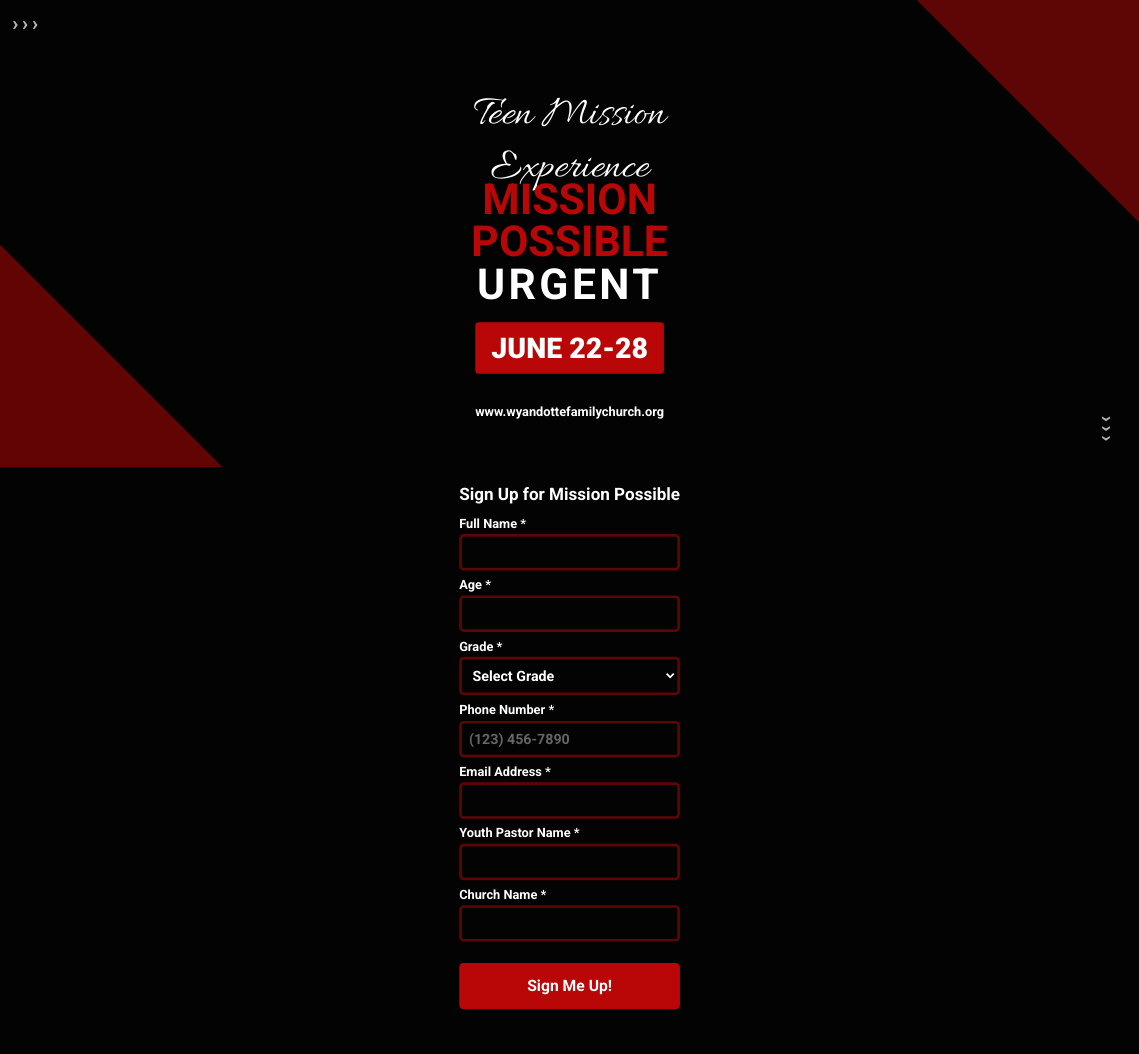
Repository: Aworminator/Wyandotte-Family-Love-Week
Page: index.html
These files come from the project's save history. The page is drawn as it stood at one moment and after the next save; the edit follows.
The browser window is 1280 px wide. The pictures show the whole page, at 89% of full size.

Above is the page before, as saved 2025-11-01 09:54:28.

After the next save:
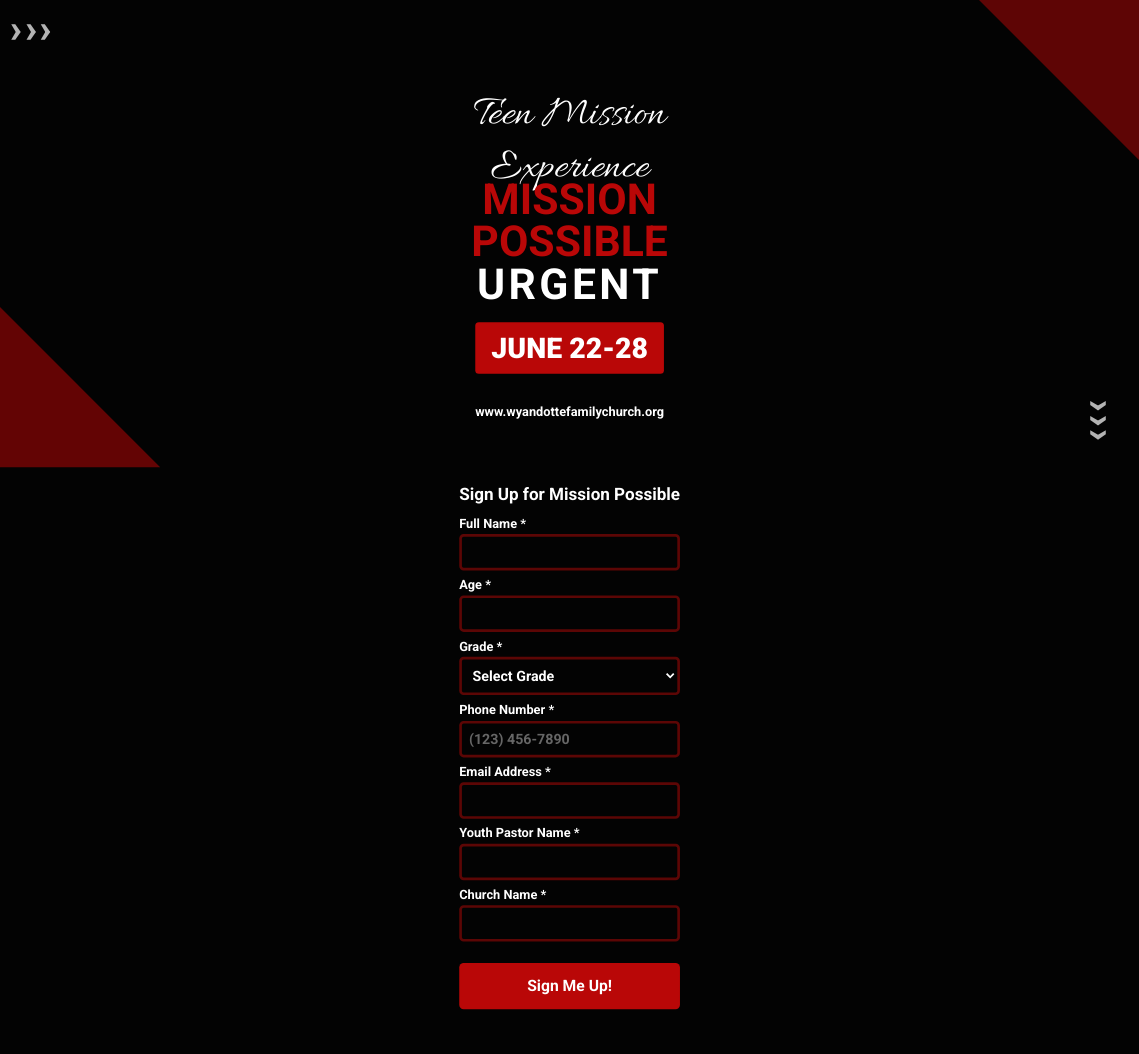
Saved 3 min 22 s later.
--- a/style.css
+++ b/style.css
@@ -33,8 +33,8 @@
   left: 0;
   width: 0;
   height: 0;
-  border-bottom: clamp(150px, 25vw, 250px) solid #b9070787;
-  border-right: clamp(150px, 25vw, 250px) solid transparent;
+  border-bottom: clamp(90px, 18vw, 180px) solid #b9070787;
+  border-right: clamp(90px, 18vw, 180px) solid transparent;
   z-index: 10;
 }
 
@@ -44,8 +44,8 @@
   right: 0;
   width: 0;
   height: 0;
-  border-top: clamp(150px, 25vw, 250px) solid #b907077f;
-  border-left: clamp(150px, 25vw, 250px) solid transparent;
+  border-top: clamp(90px, 18vw, 180px) solid #b907077f;
+  border-left: clamp(90px, 18vw, 180px) solid transparent;
   z-index: 10;
 }
 
@@ -95,12 +95,13 @@
   color: rgba(255, 255, 255, 0.7);
   font-family: "Roboto", sans-serif;
   font-weight: 900;
-  letter-spacing: 6px;
+  letter-spacing: 8px;
+  font-size: 28px;
 }
 
 .chevrons span {
   display: inline-block;
-  transform: scale(1.4);
+  transform: scale(1.6);
 }
 
 .chevrons-top-left {
